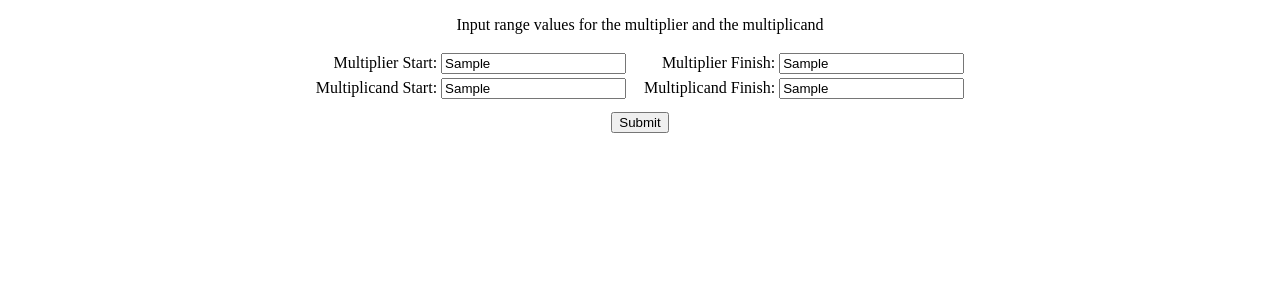
Repository: khrasna/HW4Part2
Page: index.html
An editor plug-in stored every save of this project. The page is shown before and after the next save, followed by the edit.
The browser window is 1280 px wide. The pictures show the whole page.
Empty fields were first filled with sample values (such as "Sample", 5 or name@example.com).
After loading, the first visible `#FormInput > input` was clicked once.

Above is the page before, as saved 2021-11-13 12:46:52.
Console error: TypeError: "#FormInput".validate is not a function

After the next save:
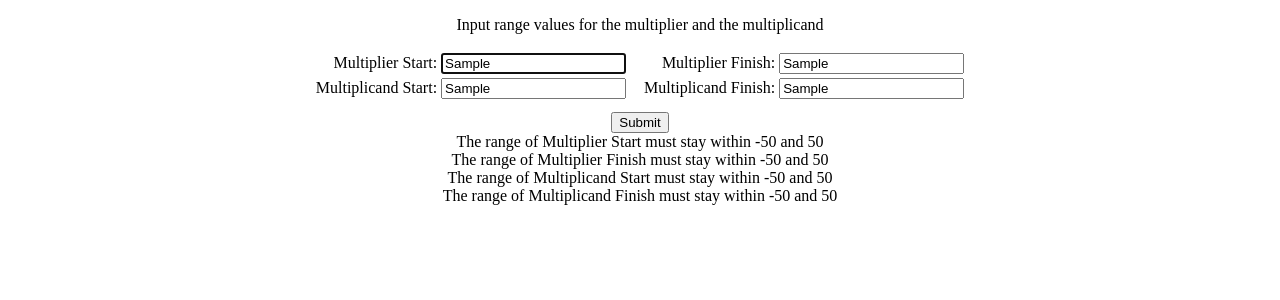
The error is gone.
Saved 4 s later.
--- a/formvalidate.js
+++ b/formvalidate.js
@@ -2,7 +2,7 @@ $(function () {
 
 
     var validator = $('input[value="Submit"]').on("click", function () {
-        ("#FormInput").validate({
+        $("#FormInput").validate({
             rules: {
                 MultiplierStart: {
                     required: true,
